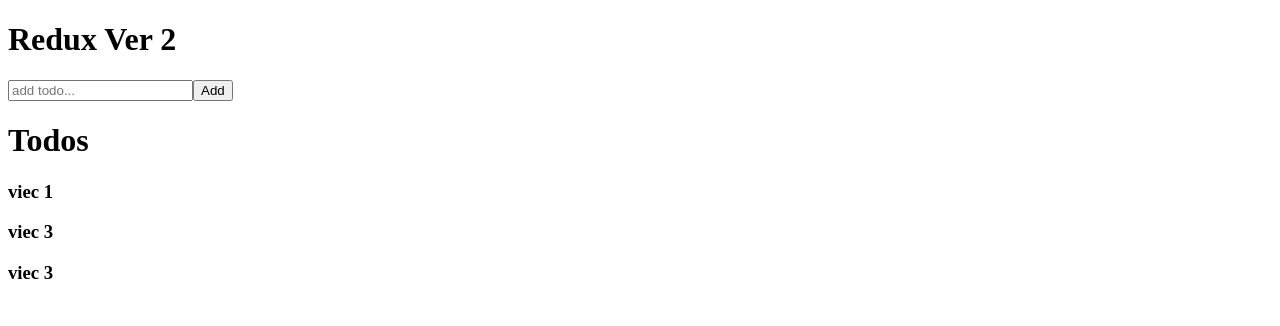
Repository: huynhnt1406/react-redux-tutorial
Page: / (app in redux-v2/)
An editor plug-in stored every save of this project. The page is shown before and after a run of saves, followed by the edit.
The browser window is 1280 px wide. The pictures show the whole page.
The project was rebuilt for these pictures with package versions that can differ from the ones it lists, and the page was loaded fresh each time.

Above is the page before, as saved 2021-06-19 02:45:10.

### redux-v2/src/index.js
import React from 'react';
import ReactDOM from 'react-dom';
import App from './App';
import * as serviceWorker from './serviceWorker';

ReactDOM.render(
  <React.StrictMode>
      <App />
  </React.StrictMode>,
  document.getElementById('root')
);

// If you want your app to work offline and load faster, you can change
// unregister() to register() below. Note this comes with some pitfalls.
// Learn more about service workers: https://bit.ly/CRA-PWA
serviceWorker.unregister();

### redux-v2/src/App.js
import React from 'react';
import TodoForm from './component/TodoForm';
import Todos from './component/Todos';
import {Provider} from 'react-redux'
import store from './store';
function App() {
  return (
    <Provider store={store}>
      <div className="App">
        <h1>Redux Ver 2</h1>
        <TodoForm/>
        <Todos/>
      </div>
    </Provider>
  );
}

export default App;

### redux-v2/src/component/TodoForm.jsx
import React from 'react'
import { useState } from 'react'
import { useDispatch } from 'react-redux'
import {v4 as uuidv4} from 'uuid'
import { addTodo } from '../store/reducer/todoReducer'
function TodoForm() {

    const [title, setTitle] = useState('')
    const dispatch = useDispatch()

    const handleChange = (e) => {
        setTitle(e.target.value)
    }
    const handleSubmit = (e) => {
        e.preventDefault()
        if(title !==''){
            const newTodo = {
                id:uuidv4(),
                title,
                completed:false
            }
            dispatch(addTodo(newTodo))
            setTitle('')
        }
    }
    return (
        <form onSubmit={handleSubmit}>
            <input type="text" value={title} placeholder="add todo..." onChange={handleChange}/>
            <button type="submit">Add</button>
        </form>
    )
}

export default TodoForm

### redux-v2/src/component/Todos.jsx
import React from 'react'
import { useSelector } from 'react-redux'
import { todosSelector } from '../store/reducer/todoReducer'
import TodoItem from './TodoItem'

function Todos() {

    const todos = useSelector(todosSelector)
    return (
        <div>
            <h1>Todos</h1>
            {
                todos.map(todo => (
                    <TodoItem key={todo.id} id={todo.id} title={todo.title}/>
                ))
            }
        </div>
    )
}

export default Todos

### redux-v2/src/store/index.js

import {configureStore} from '@reduxjs/toolkit'
import todosReducer from './reducer/todoReducer'


const store = configureStore({
    reducer:{
        todosReducer : todosReducer
    }
})

export default store

### redux-v2/src/store/reducer/todoReducer.js
import {createSlice} from '@reduxjs/toolkit'


const todosSlice = createSlice({
    name:'todos',
    initialState:{
        todos:[
            {
                id:1,
                title:'viec 1',
                completed:false
            },
            {
                id:2,
                title:'viec 3',
                completed:false
            },
            {
                id:3,
                title:'viec 3',
                completed:false
            },
        ]
    },
    reducers:{
        addTodo: (state, action) => {
            state.todos.unshift(action.payload)
        },
        archiveTodo: (state,action) => {
            state.todos.filter(todo => todo.id !== action.payload)
        }
    }
})

const todosReducer = todosSlice.reducer

export const todosSelector = state => state.todosReducer.todos

export const {addTodo} = todosSlice.actions
export const {archiveTodo} = todosSlice.actions

export default todosReducer

### redux-v2/src/component/TodoItem.jsx
import React from 'react'



function TodoItem({id, title}) {
    return (
        <div>
            <h3>{title}</h3>
        </div>
    )
}

export default TodoItem

Loaded but not shown: redux-v2/public/index.html (common file); redux-v2/src/serviceWorker.js (common file)

After the next 2 saves:
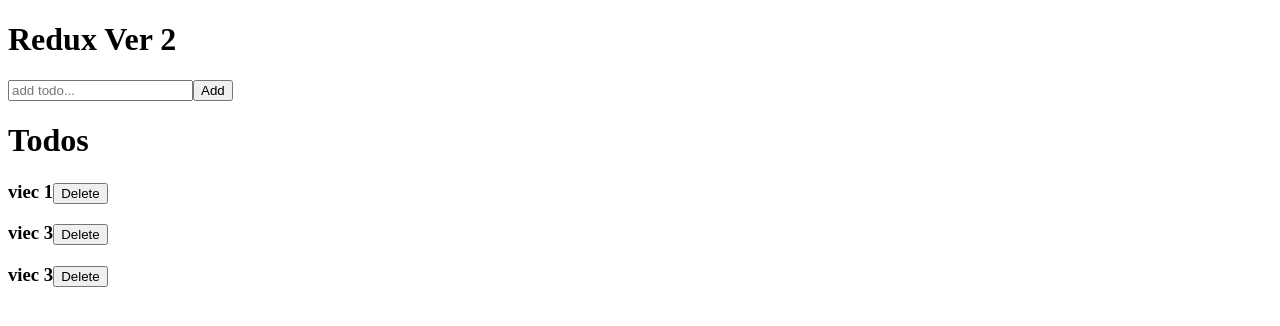
The 2 saves are shown as one change because 1 did not build or start.
The last was saved 73 s later.
--- a/redux-v2/src/component/TodoItem.jsx
+++ b/redux-v2/src/component/TodoItem.jsx
@@ -1,11 +1,14 @@
 import React from 'react'
+import { useDispatch } from 'react-redux'
+import { archiveTodo } from '../store/reducer/todoReducer'
 
 
 
 function TodoItem({id, title}) {
+    const dispatch = useDispatch()
     return (
         <div>
-            <h3>{title}</h3>
+            <h3>{title}<button onClick = {() => {dispatch(archiveTodo(id))}}>Delete</button></h3>
         </div>
     )
 }
